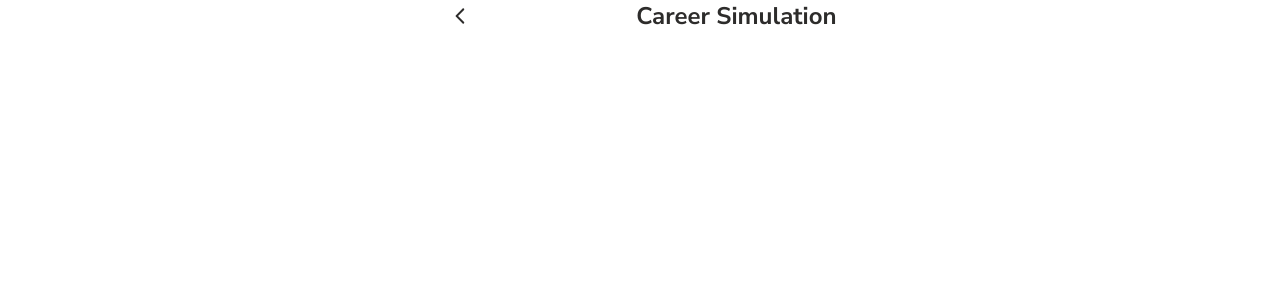
Repository: daniel-liu01/week10books
Page: /
The author's editor kept a copy of each file at every save. The page is drawn from the files as they stood at one save, then again after the next save.
The browser window is 1280 px wide. The pictures show the whole page.
The project was rebuilt for these pictures with package versions that can differ from the ones it lists, and the page was loaded fresh each time. Also part of the build but not shown: vite.config.js, vite.config.ts, src/App.css.

Above is the page before, as saved 2025-10-17 17:38:25.

After the next save:
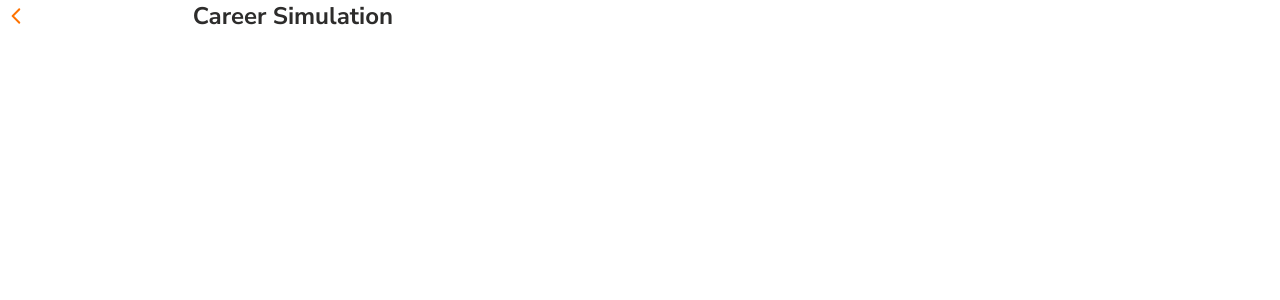
Saved 18 s later.
--- a/src/index.css
+++ b/src/index.css
@@ -20,7 +20,6 @@ body {
 
 html {
     display: flex;
-    justify-content: center; /* centro na horizontal */
     align-items: flex-start;
 }
 
